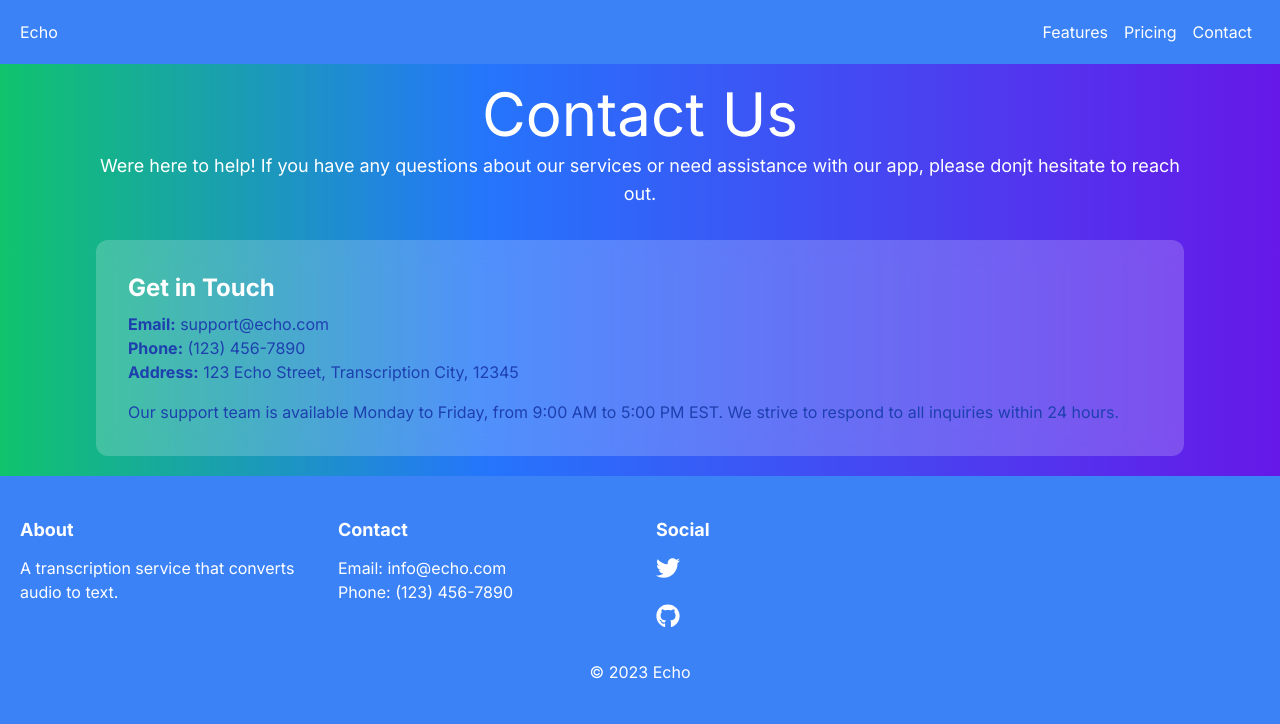
Repository: MikeeBuilds/whisperer
Page: /contact
An editor plug-in stored every save of this project. The page is shown before and after the next save, followed by the edit.
The browser window is 1280 px wide. The pictures show the whole page.
The project was rebuilt for these pictures with package versions that can differ from the ones it lists, and the page was loaded fresh each time. The framework's server and built-in components were replaced by stand-ins that run in the browser. Also part of the build but not shown: next.config.js.

Above is the page before, as saved 2023-06-26 21:19:43.

### pages/contact.tsx
import RootLayout from "@/app/layout";
import Head from "next/head";

export default function Contact() {
  return (
    <div>
        <RootLayout>
      <Head>
        <title>Echo - Contact Us</title>
      </Head>
      <main className="container mx-auto px-4 sm:px-24 py-5">
        <section className="text-center">
          <h1 className="text-4xl sm:text-6xl font-sans mb-2">Contact Us</h1>
          <p className="text-sm sm:text-lg font-sans mb-8">Were here to help! If you have any questions about our services or need assistance with our app, please donjt hesitate to reach out.</p>
        </section>

        <section className="bg-white bg-opacity-20 rounded-xl p-8 backdrop-blur-md">
          <h2 className="text-2xl font-bold mb-2">Get in Touch</h2>
          <ul className="list-none text-blue-800">
            <li><strong>Email:</strong> support@echo.com</li>
            <li><strong>Phone:</strong> (123) 456-7890</li>
            <li><strong>Address:</strong> 123 Echo Street, Transcription City, 12345</li>
          </ul>
          <p className="text-blue-800 mt-4">Our support team is available Monday to Friday, from 9:00 AM to 5:00 PM EST. We strive to respond to all inquiries within 24 hours.</p>
        </section>
      </main>
        </RootLayout>
    </div>
  );
}

### src/app/layout.tsx
import Head from 'next/head';
import Footer from './components/Footer';
import Navbar from './components/NavBar';
import './globals.css';
import { Inter } from 'next/font/google';

const inter = Inter({ subsets: ['latin'] });

const metadata = {
  title: 'Echo',
  description: 'Created by Algo Hussle | AlgoCodes_eth on Twitter',
};

export default function RootLayout({
  children,
}: {
  children: React.ReactNode;
}) {
  return (
    <>
      <Head>
        <title>{metadata.title}</title>
        <meta name="description" content={metadata.description} />
        <meta name="viewport" content="initial-scale=1.0, width=device-width" />
        {/* Add more meta tags as needed */}
      </Head>
      <div className={`${inter.className} gradient-bg flex flex-col min-h-screen`}>
        <Navbar />
        <main className="flex-grow">{children}</main>
        <Footer />
      </div>
    </>
  );
}

### src/app/components/Footer.tsx
import { FaTwitter, FaGithub } from 'react-icons/fa';

export default function Footer() {
  return (
    <footer className="bg-blue-500 text-white py-10 px-5 mt-auto">
      <div className="grid grid-cols-1 md:grid-cols-4 gap-8">
        <div>
          <h3 className="text-lg font-bold mb-3">About</h3>
          <p>A transcription service that converts audio to text.</p>
        </div>
        <div>
          <h3 className="text-lg font-bold mb-3">Contact</h3>
          <p>Email: info@echo.com</p>
          <p>Phone: (123) 456-7890</p>
        </div>
        <div>
          <h3 className="text-lg font-bold mb-3">Social</h3>
          <a href="https://twitter.com/algocodes_eth" target="_blank" rel="noopener noreferrer" className="mr-3">
            <FaTwitter size={24} />
          </a>
          <a href="https://github.com/AlgoHussle" target="_blank" rel="noopener noreferrer">
            <FaGithub size={24} />
          </a>
        </div>
      </div>
      <div className="mt-8 text-center">
        <p>© {new Date().getFullYear()} Echo</p>
      </div>
    </footer>
  );
}

### src/app/components/NavBar.tsx
import Link from 'next/link';

export default function Navbar() {
  return (
    <nav className="flex justify-between p-5 bg-blue-500 text-white">
      <div>Echo</div>
      <div>
        <Link href="/features">
          <span className="mx-2 cursor-pointer">Features</span>
        </Link>
        <Link href="/pricing">
          <span className="mx-2 cursor-pointer">Pricing</span>
        </Link>
        <Link href="/contact">
          <span className="mx-2 cursor-pointer">Contact</span>
        </Link>
      </div>
    </nav>
  );
}

### src/app/globals.css
@tailwind base;
@tailwind components;
@tailwind utilities;

@keyframes gradient {
  0% {
    background-position: 0% 50%;
  }
  50% {
    background-position: 100% 50%;
  }
  100% {
    background-position: 0% 50%;
  }
}

body {
  background: #222222;
  color: white;
}

.gradient-bg {
  animation: gradient 15s ease infinite;
  background: linear-gradient(270deg, #6b11e6, #2575fc, #00ff00, #ffff00);
  background-size: 200% 200%;
}

### tailwind.config.js
/** @type {import('tailwindcss').Config} */
module.exports = {
  content: [
    './src/pages/**/*.{js,ts,jsx,tsx,mdx}',
    './src/components/**/*.{js,ts,jsx,tsx,mdx}',
    './src/app/**/*.{js,ts,jsx,tsx,mdx}',
  ],
  theme: {
    extend: {
      fontFamily: {
        sans: ['var(--font-inter)'],
      },
    },
  },
  plugins: [],
}

After the next save:
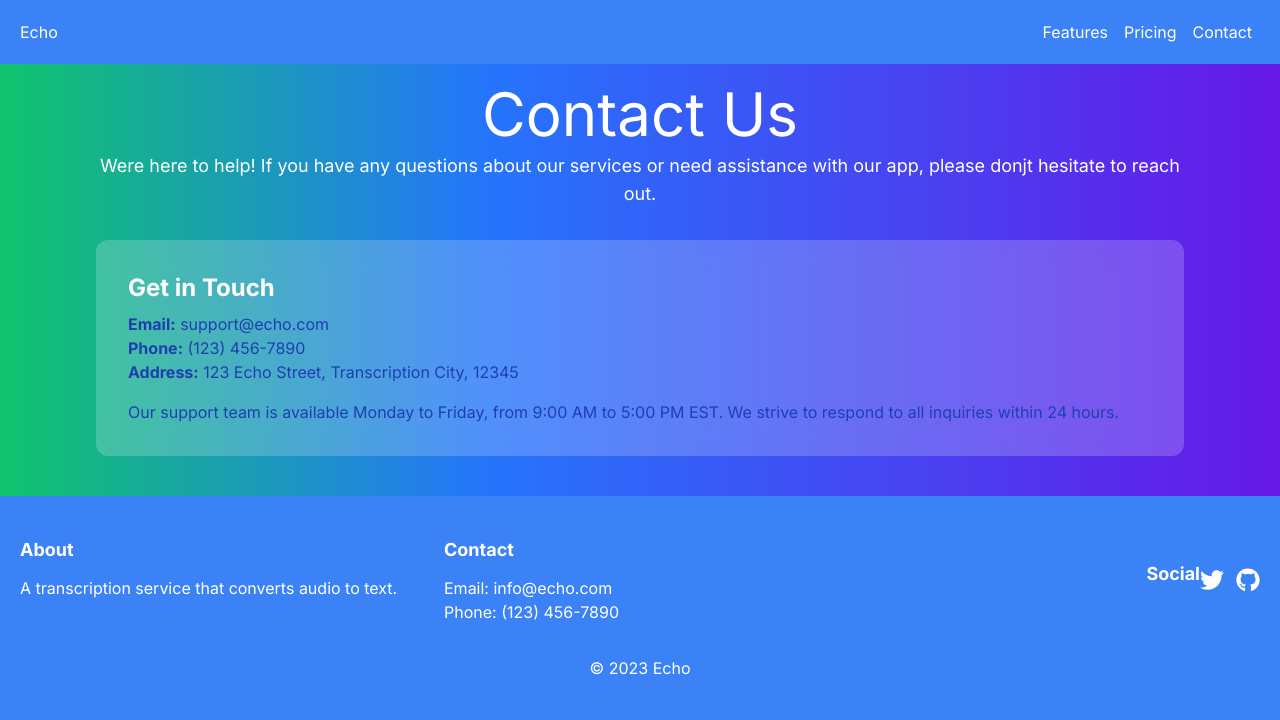
Saved 49 s later.
--- a/src/app/components/Footer.tsx
+++ b/src/app/components/Footer.tsx
@@ -3,7 +3,7 @@ import { FaTwitter, FaGithub } from 'react-icons/fa';
 export default function Footer() {
   return (
     <footer className="bg-blue-500 text-white py-10 px-5 mt-auto">
-      <div className="grid grid-cols-1 md:grid-cols-4 gap-8">
+      <div className="container mx-auto grid grid-cols-1 md:grid-cols-3 gap-8">
         <div>
           <h3 className="text-lg font-bold mb-3">About</h3>
           <p>A transcription service that converts audio to text.</p>
@@ -13,12 +13,21 @@ export default function Footer() {
           <p>Email: info@echo.com</p>
           <p>Phone: (123) 456-7890</p>
         </div>
-        <div>
+        <div className="flex items-center justify-center md:justify-end">
           <h3 className="text-lg font-bold mb-3">Social</h3>
-          <a href="https://twitter.com/algocodes_eth" target="_blank" rel="noopener noreferrer" className="mr-3">
+          <a
+            href="https://twitter.com/algocodes_eth"
+            target="_blank"
+            rel="noopener noreferrer"
+            className="mr-3"
+          >
             <FaTwitter size={24} />
           </a>
-          <a href="https://github.com/AlgoHussle" target="_blank" rel="noopener noreferrer">
+          <a
+            href="https://github.com/AlgoHussle"
+            target="_blank"
+            rel="noopener noreferrer"
+          >
             <FaGithub size={24} />
           </a>
         </div>
